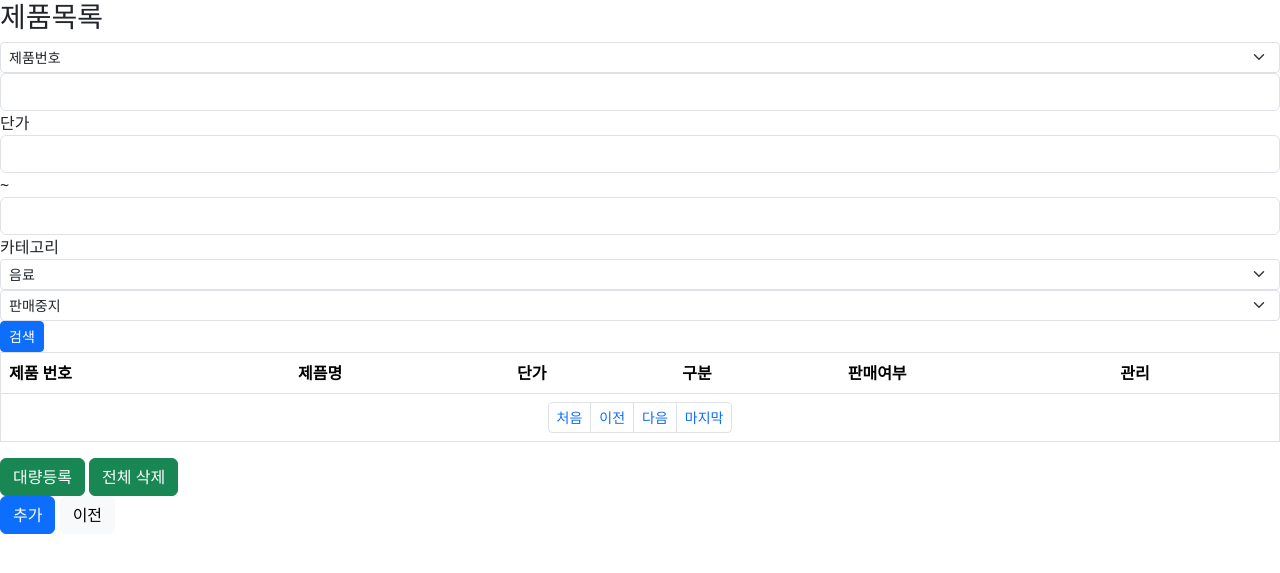
Repository: Hongsomang/spring2
Page: http://localhost/StarCafe/WEB-INF/views/product/list.jsp
These files come from the project's save history. The page is drawn as it stood at one moment and after the next save; the edit follows.
The browser window is 1280 px wide. The pictures show the whole page.
The page is served by Tomcat 9. Nobody is signed in. Other server files are loaded and not shown. The template is opened directly, without the code that normally fills it, so the values that code supplies are empty.

Above is the page before, as saved 2023-03-13 00:21:18.

### StarCafe/src/main/webapp/WEB-INF/views/product/list.jsp
<%@ page language="java" contentType="text/html; charset=UTF-8"
	pageEncoding="UTF-8"%>

<%@ taglib uri="http://java.sun.com/jsp/jstl/core" prefix="c"%>
<!DOCTYPE html>
<html>
<head>
<meta charset="UTF-8">
<jsp:include page="../header.jsp"></jsp:include>

</head>
<body>
	<div>
		<div>
			<h3>제품목록</h3>
		</div>
		<div>
			<form>
				<div>
					<div>
						<select name="search" class=" form-select-sm form-select">
							<option value="1">제품번호</option>
							<option value="2">제품명</option>
							<option value="3">단가</option>
							<option value="4">구분</option>
							<option value="5">판매여부</option>
						</select>
					</div>
					<div>
						<input name="keyword" type="text" class="form-control">
					</div>
					<div>
						<label>단가</label>
						<input name="minPrice" type="number" class="form-control">~
						<input name="maxPrice" type="number" class="form-control">
					</div>
					<div>
						<label>카테고리</label>
						<select name="keyword" class=" form-select-sm form-select">
							<option value="1">음료</option>
							<option value="2">푸드</option>
							<option value="3">상품</option>
							<option value="4">카드</option>

						</select>
					</div>
					<div>
						<select name="keyword" class=" form-select-sm form-select">
							<option value="0">판매중지</option>
							<option value="1">판매중</option>

						</select>
					</div>
					<div>
						<button class="btn btn-sm btn-primary">검색</button>
					</div>
				</div>
			</form>
		</div>
		<div>
			<table border="1" class="table">
				<thead>
					<tr>
						<th scope="col">제품 번호</th>
						<th scope="col">제픔명</th>
						<th scope="col">단가</th>
						<th scope="col">구분</th>
						<th scope="col">판매여부</th>
						<th scope="col">관리</th>
					</tr>
				</thead>

				<tbody class="table-group-divider">
					<c:if test="${list.size() < 1 }">
						<tr scope="row">
							<td colspan="6">등록 된 제품이 없습니다.</td>
						</tr>
					</c:if>
					<c:forEach items="${list}" var="item">
						<tr scope="row">
							<td>${item.id }</td>
							<td>${item.name }</td>
							<td>${item.price }</td>
							<td>${item.category_ }</td>
							<td>${item.status_ }</td>
							<td><a class="btn btn-warning" href="update/${item.id}">변경</a><a
								class="btn btn-danger" href="delete/${item.id }">삭제</a></td>
						</tr>
					</c:forEach>
				</tbody>
				<tfoot>
					<tr>
						<td colspan="6">
							<ol style="margin: 0"
								class="pagination pagination-sm justify-content-center">
								<li class="page-item"><a class="page-link" href="?page=1${pager.query}">
										처음</a></li>
								<li class="page-item"><a class="page-link"
									href="?page=${pager.prev} ${pager.query}"> 이전</a></li>
								<c:forEach items="${pager.list }" var="page">
									<li class="page-item ${page eq pager.page  ? 'active' : '' }"><a
										class="page-link" href="?page=${page}${pager.query}"> ${page}</a></li>
								</c:forEach>

								<li class="page-item"><a class="page-link"
									href="?page=${pager.next}${pager.query}"> 다음</a></li>
								<li class="page-item"><a class="page-link"
									href="?page=${pager.last}${pager.query}"> 마지막</a></li>
							</ol>
						</td>
					</tr>
				</tfoot>
			</table>
		</div>
		<div>
			<a class="btn btn-success" href="dummy">대량등록</a> <a
				class="btn btn-success" href="init">전체 삭제</a>
		</div>
		<div>
			<a class="btn btn-primary" href="add">추가</a> <a class="btn btn-light"
				href="../">이전</a>
		</div>
	</div>
</body>
</html>

### StarCafe/src/main/webapp/WEB-INF/views/header.jsp
<%@ page language="java" contentType="text/html; charset=UTF-8"
    pageEncoding="UTF-8"%>
<!DOCTYPE html>
<html>
<head>
<meta charset="UTF-8">
<meta name="viewport" content="width-drive.width, initial-scale=1.0">
<link href="https://cdn.jsdelivr.net/npm/bootstrap@5.3.0-alpha1/dist/css/bootstrap.min.css" rel="stylesheet" >
<script src="https://cdn.jsdelivr.net/npm/bootstrap@5.3.0-alpha1/dist/js/bootstrap.bundle.min.js" ></script>
<title>Insert title here</title>
</head>
<body>

</body>
</html>

After the next save:
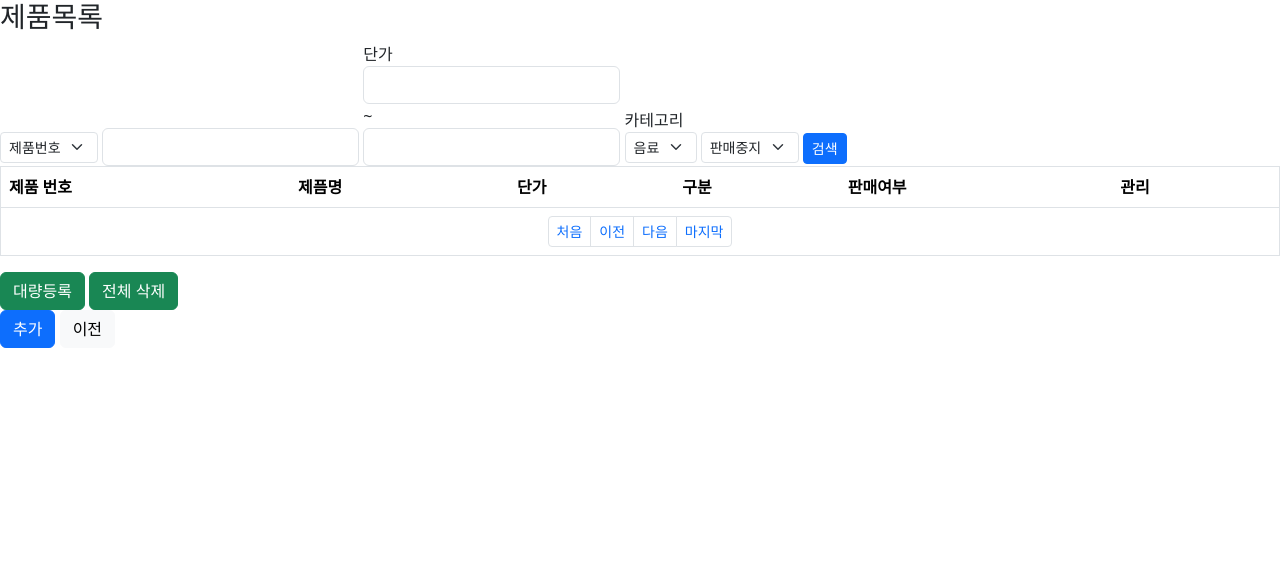
Saved 13 min 9 s later.
--- a/StarCafe/src/main/webapp/WEB-INF/views/product/list.jsp
+++ b/StarCafe/src/main/webapp/WEB-INF/views/product/list.jsp
@@ -8,6 +8,12 @@
 <meta charset="UTF-8">
 <jsp:include page="../header.jsp"></jsp:include>
 
+    <style>
+
+       form div{
+       	display: inline-block;
+       }
+    </style>
 </head>
 <body>
 	<div>
@@ -16,8 +22,8 @@
 		</div>
 		<div>
 			<form>
-				<div>
-					<div>
+
+					<div >
 						<select name="search" class=" form-select-sm form-select">
 							<option value="1">제품번호</option>
 							<option value="2">제품명</option>
@@ -26,15 +32,15 @@
 							<option value="5">판매여부</option>
 						</select>
 					</div>
-					<div>
-						<input name="keyword" type="text" class="form-control">
+					<div class="keyword_wrap'">
+						<input name="keyword" type="text" class="form-control ">
 					</div>
-					<div>
+					<div class="price_wrap">
 						<label>단가</label>
 						<input name="minPrice" type="number" class="form-control">~
 						<input name="maxPrice" type="number" class="form-control">
 					</div>
-					<div>
+					<div >
 						<label>카테고리</label>
 						<select name="keyword" class=" form-select-sm form-select">
 							<option value="1">음료</option>
@@ -54,7 +60,7 @@
 					<div>
 						<button class="btn btn-sm btn-primary">검색</button>
 					</div>
-				</div>
+
 			</form>
 		</div>
 		<div>
